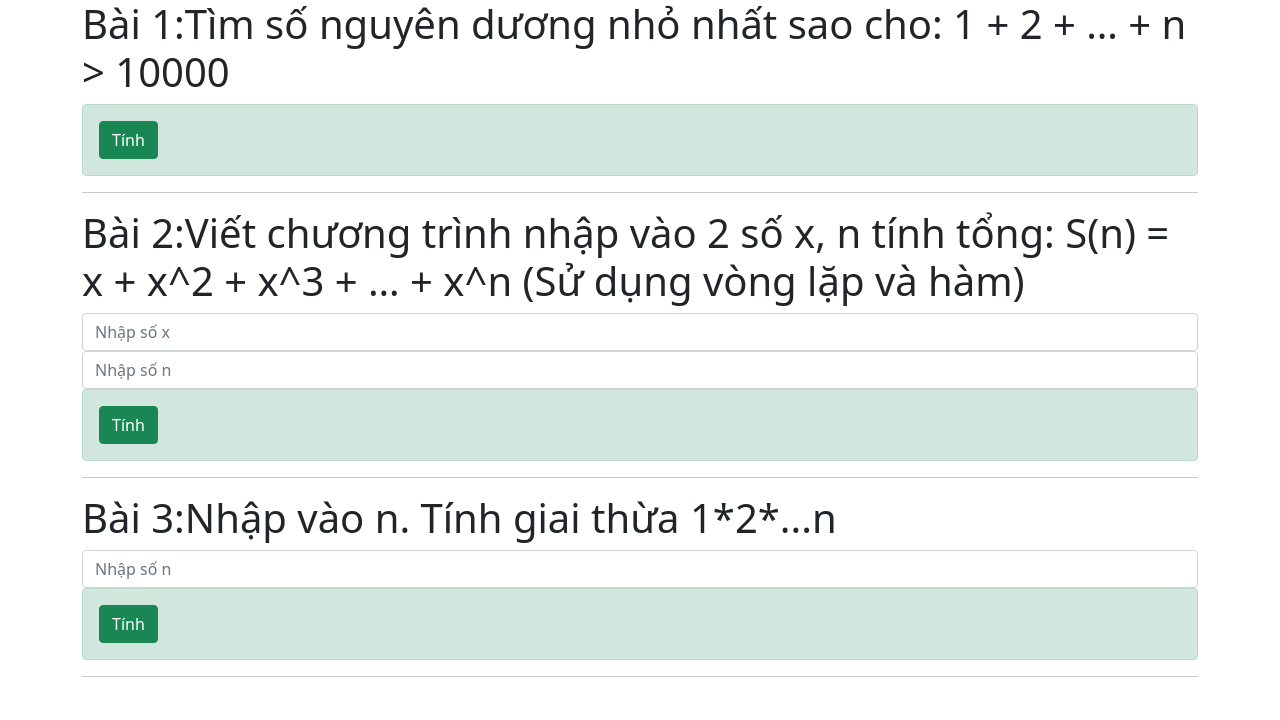
Repository: qkhanh1104k/Js-buoi6_vonglap
Page: index.html
An editor plug-in stored every save of this project. The page is shown before and after the next save, followed by the edit.
The browser window is 1280 px wide. The pictures show the whole page.

Above is the page before, as saved 2022-07-21 14:07:14.

After the next save:
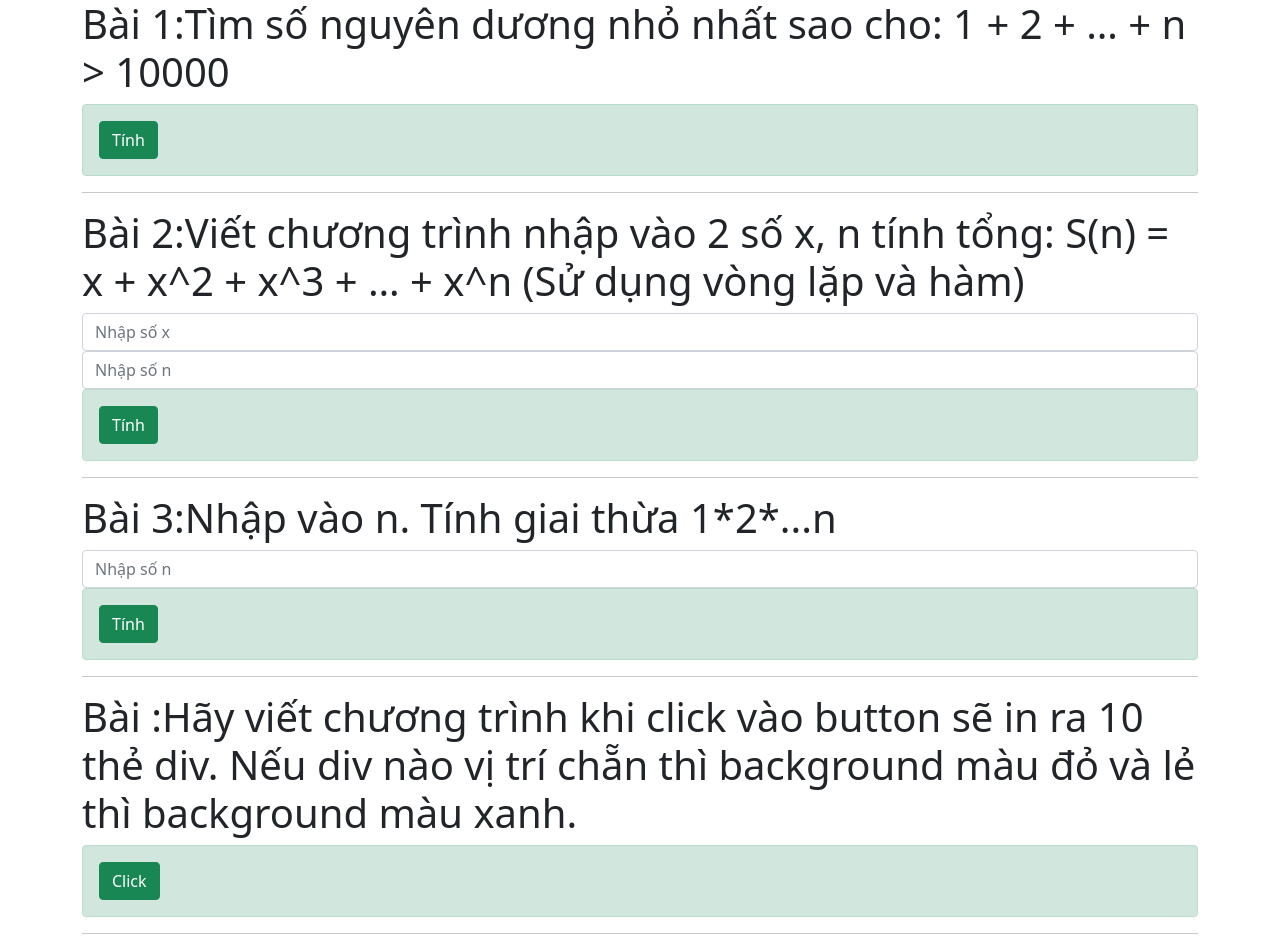
Saved 3 min 42 s later.
--- a/index.html
+++ b/index.html
@@ -26,21 +26,42 @@
         x^3 + … + x^n (Sử dụng vòng lặp và hàm)
       </h1>
       <div>
-        <input type="text" id="txtNumBt21" class="form-control" placeholder="Nhập số x">
-        <input type="text" id="txtNumBt22" class="form-control" placeholder="Nhập số n">
-          <div class="alert alert-success" id="resBt2">
-            <button class="btn btn-success" onclick="demoWhile2()">Tính</button>
-          </div>
+        <input
+          type="text"
+          id="txtNumBt21"
+          class="form-control"
+          placeholder="Nhập số x"
+        />
+        <input
+          type="text"
+          id="txtNumBt22"
+          class="form-control"
+          placeholder="Nhập số n"
+        />
+        <div class="alert alert-success" id="resBt2">
+          <button class="btn btn-success" onclick="demoWhile2()">Tính</button>
+        </div>
+      </div>
+      <hr />
+      <h1>Bài 3:Nhập vào n. Tính giai thừa 1*2*...n</h1>
+      <div>
+        <input
+          type="text"
+          id="txtNumBt3"
+          class="form-control"
+          placeholder="Nhập số n"
+        />
+        <div class="alert alert-success" id="resBt3">
+          <button class="btn btn-success" onclick="demoWhile3()">Tính</button>
+        </div>
       </div>
       <hr />
       <h1>
-        Bài 3:Nhập vào n. Tính giai thừa 1*2*...n
+        Bài :Hãy viết chương trình khi click vào button sẽ in ra 10 thẻ div. Nếu
+        div nào vị trí chẵn thì background màu đỏ và lẻ thì background màu xanh.
       </h1>
-      <div>
-        <input type="text" id="txtNumBt3" class="form-control" placeholder="Nhập số n">
-          <div class="alert alert-success" id="resBt3">
-            <button class="btn btn-success" onclick="demoWhile3()">Tính</button>
-          </div>
+      <div class="alert alert-success" id="resBt3">
+        <button class="btn btn-success" onclick="demoWhile4()">Click</button>
       </div>
       <hr />
     </div>
